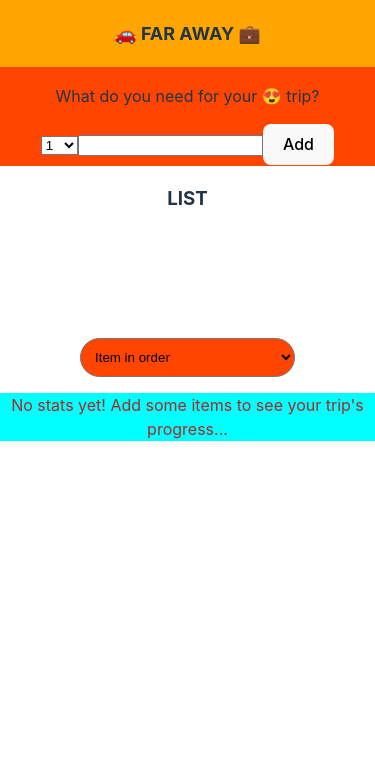
Repository: Celebration-cloud/Trip-Add-To-List
Page: /
An editor plug-in stored every save of this project. The page is shown before and after a run of saves, followed by the edit.
The browser window is 375 px wide. The pictures show the whole page.
The project was rebuilt for these pictures with package versions that can differ from the ones it lists, and the page was loaded fresh each time. Also part of the build but not shown: vite.config.js.

Above is the page before, as saved 2023-10-29 17:19:53.

### src/App.jsx
import './App.css'
import TripList from './Trip-List/TripList'

function App() {

  return (
    <>
    <TripList/>
    </>
  )
}

export default App

### src/App.css
#root {
  margin: 0;
  padding: 0;
  text-align: center;
}

.logo {
  height: 6em;
  padding: 1.5em;
  will-change: filter;
  transition: filter 300ms;
}
.logo:hover {
  filter: drop-shadow(0 0 2em #646cffaa);
}
.logo.react:hover {
  filter: drop-shadow(0 0 2em #61dafbaa);
}

@keyframes logo-spin {
  from {
    transform: rotate(0deg);
  }
  to {
    transform: rotate(360deg);
  }
}

@media (prefers-reduced-motion: no-preference) {
  a:nth-of-type(2) .logo {
    animation: logo-spin infinite 20s linear;
  }
}

.card {
  padding: 2em;
}

.read-the-docs {
  color: #888;
}

### src/Trip-List/TripList.jsx
/* eslint-disable react/no-unescaped-entities */
/* eslint-disable react/prop-types */
import { useState } from "react";
import './TripList.css'
function TripList() {
  const [addItem, setAddItem] = useState([]);

  const handleAddItem = (item) => {
    setAddItem((items) => [...items, item]);
  };
  const handleRemoveItem = (id) =>{
    setAddItem(items => items.filter(p => p.id !== id))
  }
  const handleChecked = (id) => {
    setAddItem(items => items.map(item => item.id === id ? {...item, packed: !item.packed} : item));
  };
  return (
    <div>
      <TripHead/>
      <TripForm handleAddItem={handleAddItem}/>
      <TripListForm addItem={addItem} remove={handleRemoveItem} check={handleChecked}/>
      <TripStats stats={addItem}/>
    </div>
  )
}

export default TripList

function TripHead() {
  return (
    <div style={{backgroundColor: "orange", padding: "5px"}}>
      <h2 className="title">🚗 FAR AWAY 💼</h2>
    </div>
  )
}

function TripForm({handleAddItem}) {
  const [item, setItem] = useState({description: "", quantity: 1})

  const handleSubmit = (e) =>{
    e.preventDefault();
    if (!item.description) return;

    const newItem = {
      des: item.description,
      amount: item.quantity,
      packed: false,
      id: Date.now(),
    };

    handleAddItem(newItem);
    setItem({ description: "", quantity: 1 });
  }
  const handleInput = (e) =>{
    setItem(prev => ({...prev, description: e.target.value}))
  }
  const handleOption = (e) =>{
    setItem(prevState => ({...prevState,quantity: Number(e.target.value)}))
  }
  return (
    <div style={{ backgroundColor: "orangered", padding: "1px" }}>
      <form onSubmit={handleSubmit}>
        <span>
          <p>What do you need for your 😍 trip?</p>
          <select onChange={handleOption} value={item.quantity}>
            {Array.from({ length: 10 }, (_, i) => i + 1).map((num) => (
              <option value={num} key={num}>
                {num}
              </option>
            ))}
          </select>
          <input onChange={handleInput} value={item.description}></input>
          <button type="submit">Add</button>
        </span>
      </form>
    </div>
  );
}

function TripListForm({addItem, remove, check}) {
  const [sort, setSort] = useState("input")
  const sortingBy = (e) => {
    setSort(e.target.value);
  };
  let sorting;
  if (sort === "input") sorting = addItem;
  if (sort === "checked")
    sorting = addItem.slice().sort((a, b) => a.des.localeCompare(b.des));
  if (sort === "order")
    sorting = addItem
      .slice()
      .sort((a, b) => Number(a.packed) - Number(b.packed));

  return (
    <>
      <h3>LIST</h3>
      <ul style={{ listStyleType: "none" }}>
        <li style={{display: 'flex', flexWrap: "wrap"}}>
          {sorting?.map((item) => (
            <>
              <input
                type="checkbox"
                value={item.packed}
                onChange={() => check(item.id)}
              />
              <span
                key={item.id}
                style={item.packed ? { textDecoration: "line-through" } : {}}
              >
                {item.amount}-{item.des}
              </span>
              <button onClick={() => remove(item.id)}>
                🚩
              </button>
            </>
          ))}
        </li>
      </ul>
      <div>
        <select onChange={sortingBy} value={sort} style={{padding: "10px 100px 10px 10px", marginTop: "90px", backgroundColor: "orangered", borderRadius: "20px"}}>
          <option value="input" style={{marginRight: "5px", backgroundColor: "brown" }}>Item in order</option>
          <option value="checked" style={{marginRight: "5px"}}>Checked Item</option>
          <option value="order" style={{marginRight: "5px"}}>Split Item</option>
        </select>
      </div>
    </>
  );
}

function TripStats({stats}) {
  if(!stats.length)
  return (
    <footer className="static">
      <p>No stats yet! Add some items to see your trip's progress...</p>
    </footer>
  );
  const total = stats.length
  const packed= stats.filter(items => items.packed).length
  const percent = Math.round((packed / total) * 100)
  return (
    <>
      {percent === 100 ? (
        <footer className="static">
          <p>You have Completed the List✈</p>
        </footer>
      ) : (
        <footer className="static">
          <p>
            You have {total} items on your list, and already packed {packed} (
            {percent}%)
          </p>
        </footer>
      )}
    </>
  );
}

### src/Trip-List/TripList.css
/* backgroundColor: "aqua",
            color: "brown",
            bottom: "0%",
            height: "30px",
            width: "100%", */
.static{
    position: absolute;
    background-color: aqua;
    color: brown;
    bottom: 0px;
    width: 100%;
}
.title{
    font-family: inherit;
    font-size: 20px;
}
@media (max-width: 480px) {
    .static{
    position: relative;
    background-color: aqua;
    color: brown;
    bottom: auto;
    width: 100%;
}
.title{
    font-family: inherit;
    font-size: large;
}
}

Loaded but not shown: index.html (common file); src/main.jsx (common file); src/index.css (common file)

After the next 2 saves:
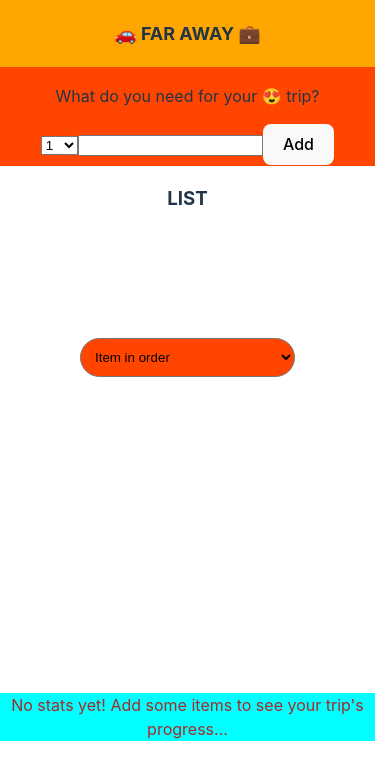
The 2 saves are shown as one change because they came seconds apart.
The last was saved 14 s later.
--- a/src/Trip-List/TripList.css
+++ b/src/Trip-List/TripList.css
@@ -19,7 +19,7 @@
     position: relative;
     background-color: aqua;
     color: brown;
-    bottom: auto;
+    bottom: -300px;
     width: 100%;
 }
 .title{
